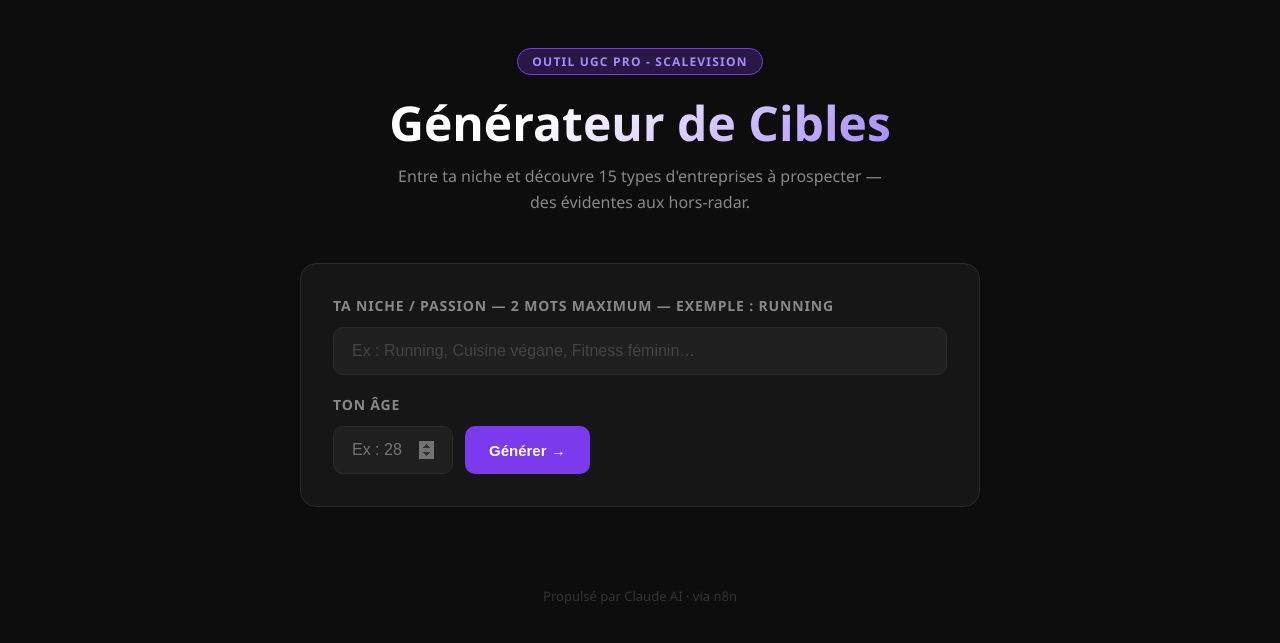
Repository: lucasDVP1234/generateur_cible
Page: index.html
The author's editor kept a copy of each file at every save. The page is drawn from the files as they stood at one save, then again after the next save.
The browser window is 1280 px wide. The pictures show the whole page.
The page's requests for data from a server got no answer.

Above is the page before, as saved 2026-03-13 15:57:11.

After the next save:
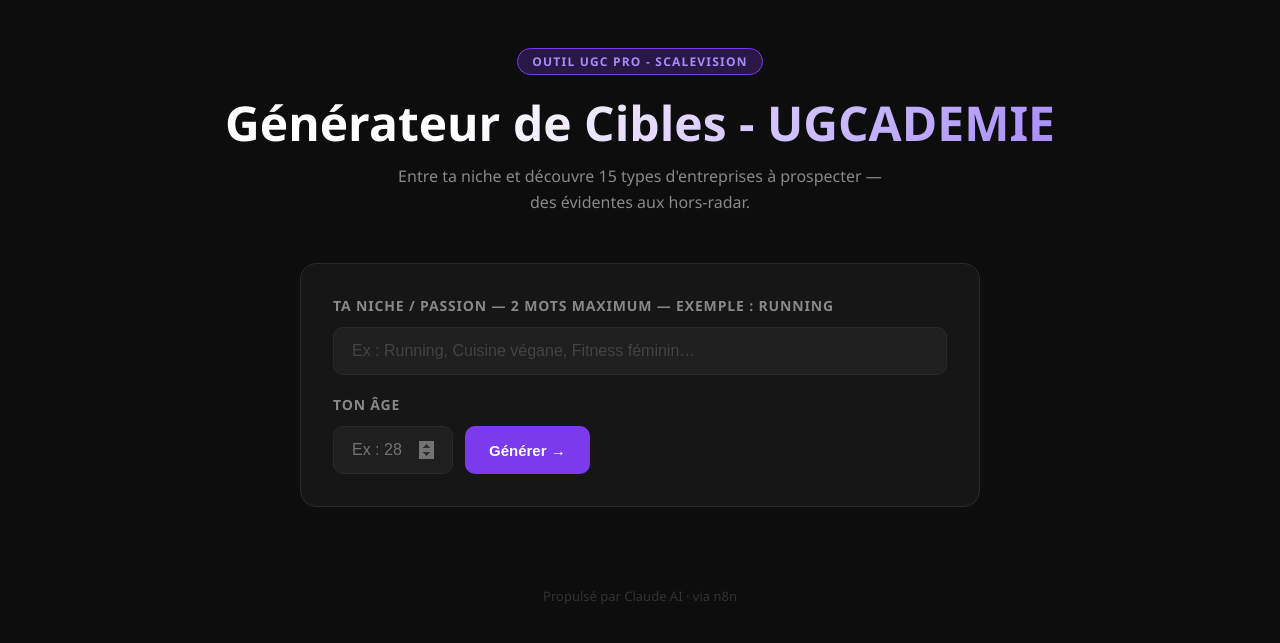
Saved 27 s later.
--- a/index.html
+++ b/index.html
@@ -443,7 +443,7 @@
 
   <header>
     <div class="badge">Outil UGC Pro - Scalevision</div>
-    <h1>Générateur de Cibles</h1>
+    <h1>Générateur de Cibles - UGCADEMIE</h1>
     <p>Entre ta niche et découvre 15 types d'entreprises à prospecter — des évidentes aux hors-radar.</p>
   </header>
 
